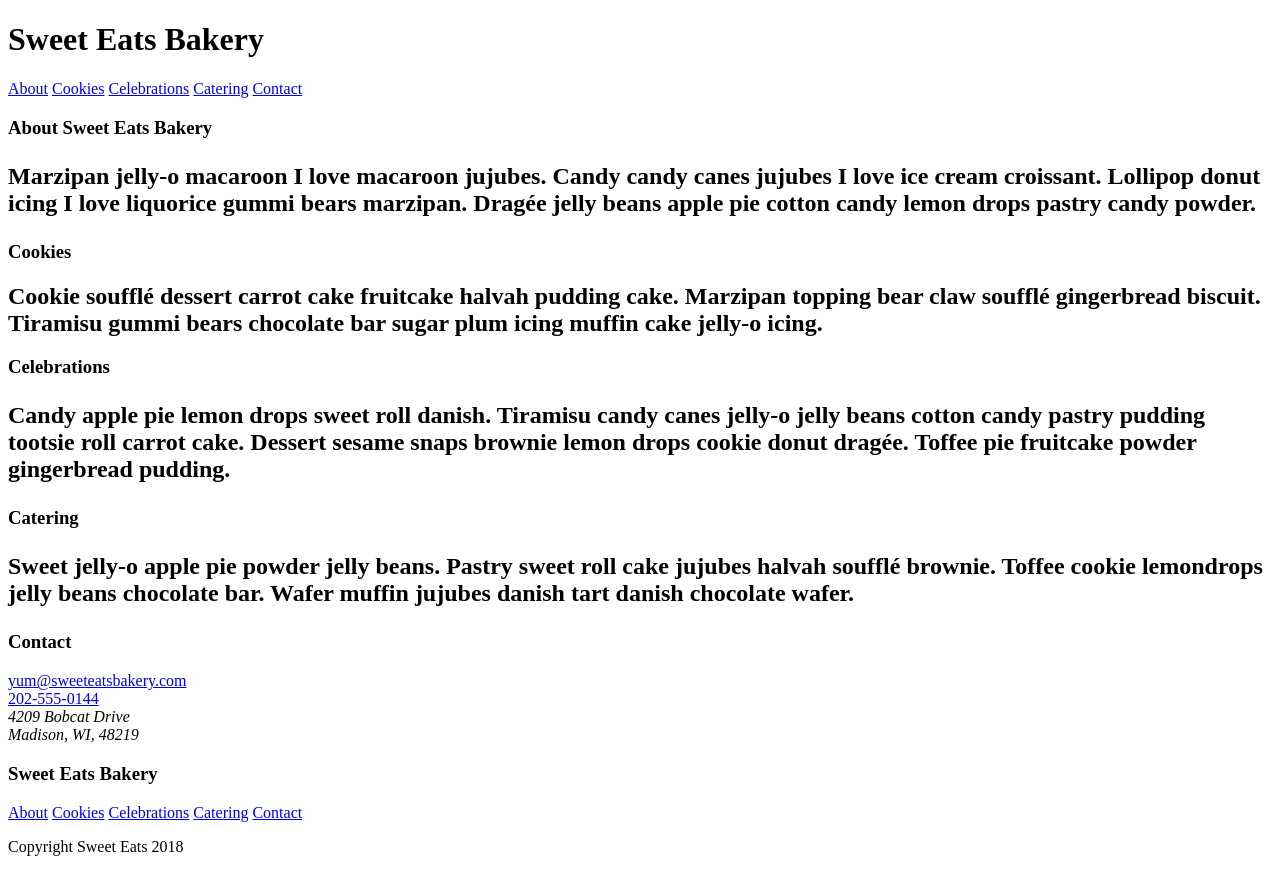
Repository: yoshimario/web-module-challenge-user-interface
Page: index.html
An editor plug-in stored every save of this project. The page is shown before and after a run of saves, followed by the edit.
The browser window is 1280 px wide. The pictures show the whole page.
Some web fonts or font styles are not loaded; a fallback is used.

Above is the page before, as saved 2023-05-15 13:31:52.

After the next 3 saves:
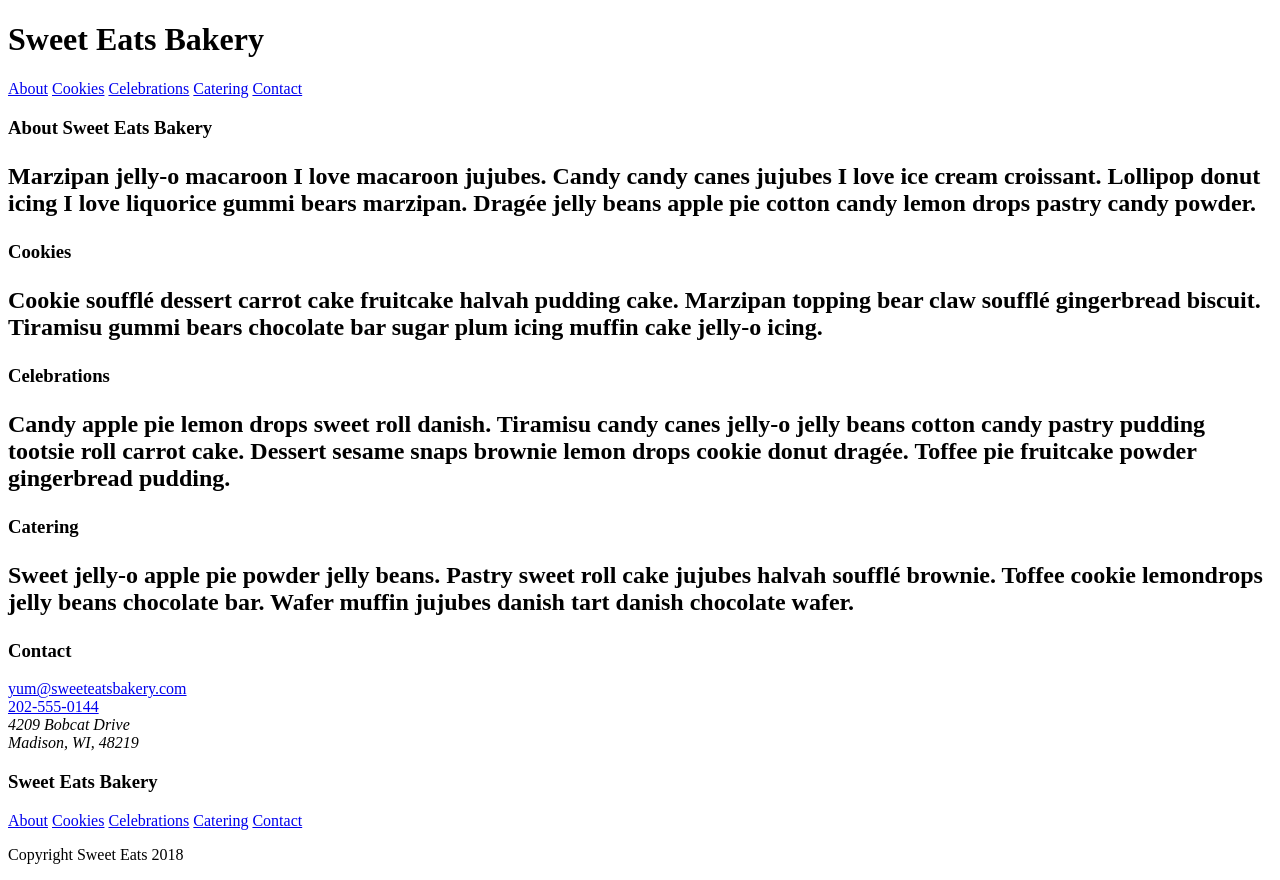
The 3 saves are shown as one change because they came seconds apart.
The last was saved 22 s later.
--- a/index.html
+++ b/index.html
@@ -40,7 +40,8 @@
     <section id="cookies">
         <h3>Cookies</h3>
 
-        <h2>Cookie soufflé dessert carrot cake fruitcake halvah pudding cake. Marzipan topping bear claw soufflé gingerbread
+        <h2>
+            <p>Cookie soufflé dessert carrot cake fruitcake halvah pudding cake. Marzipan topping bear claw soufflé gingerbread
         biscuit. Tiramisu gummi bears chocolate bar sugar plum icing muffin cake jelly-o icing.</h2>
     </section>
     <!-- Image https://tk-assets.lambdaschool.com/297378d6-9c89-430f-9d2e-46ae3d5edce8_ui-i-bakery-cupcake-i.png -->
